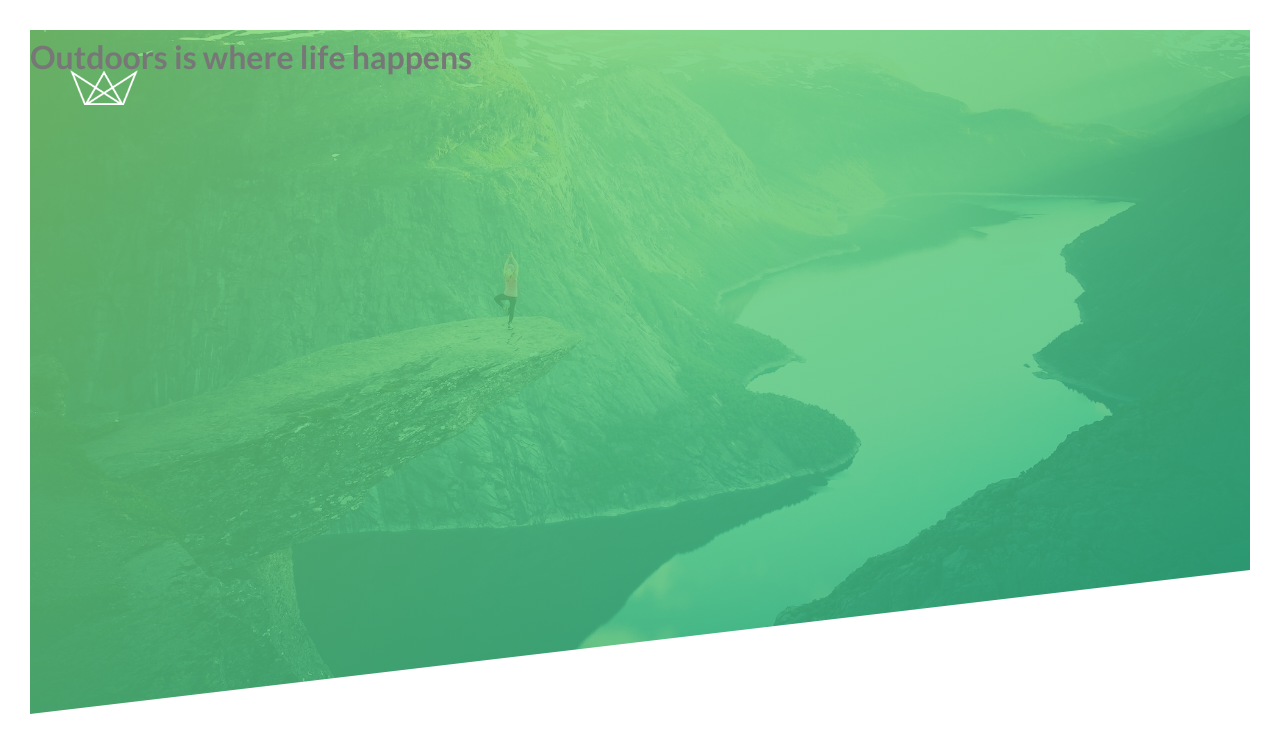
Repository: kamilluc/advanced-css-course
Page: Natours/my-implementation/index.html
These files come from the project's save history. The page is drawn as it stood at one moment and after the next save; the edit follows.
The browser window is 1280 px wide. The pictures show the whole page.

Above is the page before, as saved 2019-05-24 21:19:10.

### Natours/my-implementation/index.html
<!DOCTYPE html>
<html lang="en">
  <head>
    <meta charset="UTF-8" />
    <meta name="viewport" content="width=device-width, initial-scale=1.0" />

    <link
      href="https://fonts.googleapis.com/css?family=Lato:100,300,400,700,900"
      rel="stylesheet"
    />

    <link rel="stylesheet" href="css/icon-font.css" />
    <link rel="stylesheet" href="css/style.css" />
    <link rel="shortcut icon" type="image/png" href="img/favicon.png" />

    <title>Natours | Exciting tours for adventurous people</title>
  </head>
  <body>
    <!-- HEADER -->
    <header class="header">
      <div class="logo-box">
        <img src="img/logo-white.png" alt="logo" class="logo" />
      </div>
      <h1 class="heading-primary">
        <span class="heading-primary-main">Outdoors</span>
        <span class="heading-primary-sub">is where life happens</span>
      </h1>
    </header>
  </body>
</html>

### Natours/my-implementation/css/style.css
/*
COLORS:

Light green: #7ed56f
Medium green: #55c57a
Dark green: #28b485

*/

/* BASIC RESET, NORMALIZE COULD BE USED BUT NOT REALLY NEEDED */
*,
::before,
::after {
  margin: 0;
  padding: 0;
  box-sizing: border-box;
}

/* FONTS SETTING HERE, NOT IN * CUZ THEY ARE INHERITED */
body {
  font-family: "Lato", sans-serif;
  font-weight: 400;
  font-size: 16px;
  line-height: 1.7;
  color: #777;
  padding: 30px;
}

.header {
  height: 95vh;
  background-image: linear-gradient(
      to right bottom,
      rgba(126, 213, 111, 0.8),
      rgba(40, 180, 131, 0.8)
    ),
    url("../img/hero.jpg");
  background-size: cover;
  background-position: top;
  clip-path: polygon(0 0, 100% 0, 100% 75vh, 0 100%);
  /* AA 4CHROME */
  -webkit-backface-visibility: hidden;
  position: relative;
}

.logo-box {
  position: absolute;
  top: 40px;
  left: 40px;
}

.logo {
  height: 35px;
}

heading-primary {
  color: white;
  text-transform: uppercase;
}
heading-primary-main {
  display: block;
  font-size: 60px;
  font-weight: 400;
}
heading-primary-sub {
  display: block;
}

Loaded but not shown: Natours/my-implementation/css/icon-font.css (no copy from this time; the picture is the same without it)

After the next save:
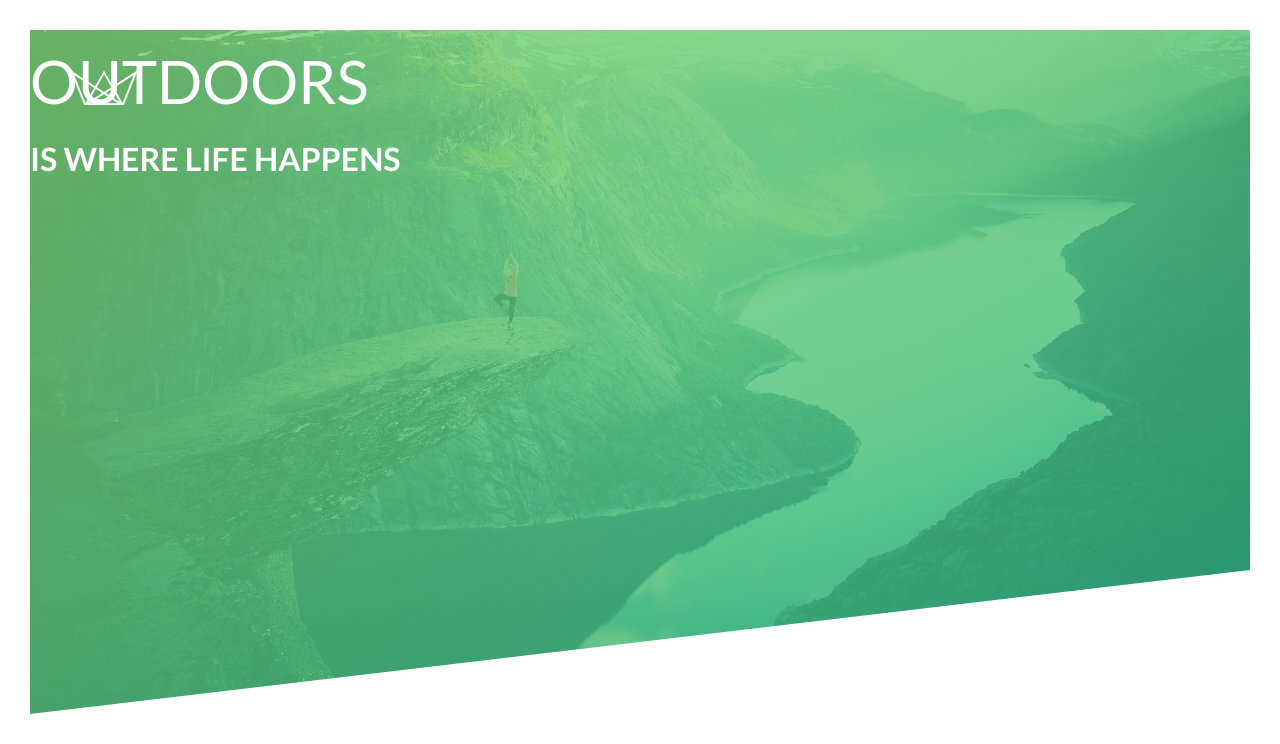
Saved 11 s later.
--- a/Natours/my-implementation/css/style.css
+++ b/Natours/my-implementation/css/style.css
@@ -52,15 +52,15 @@ body {
   height: 35px;
 }
 
-heading-primary {
+.heading-primary {
   color: white;
   text-transform: uppercase;
 }
-heading-primary-main {
+.heading-primary-main {
   display: block;
   font-size: 60px;
   font-weight: 400;
 }
-heading-primary-sub {
+.heading-primary-sub {
   display: block;
 }
